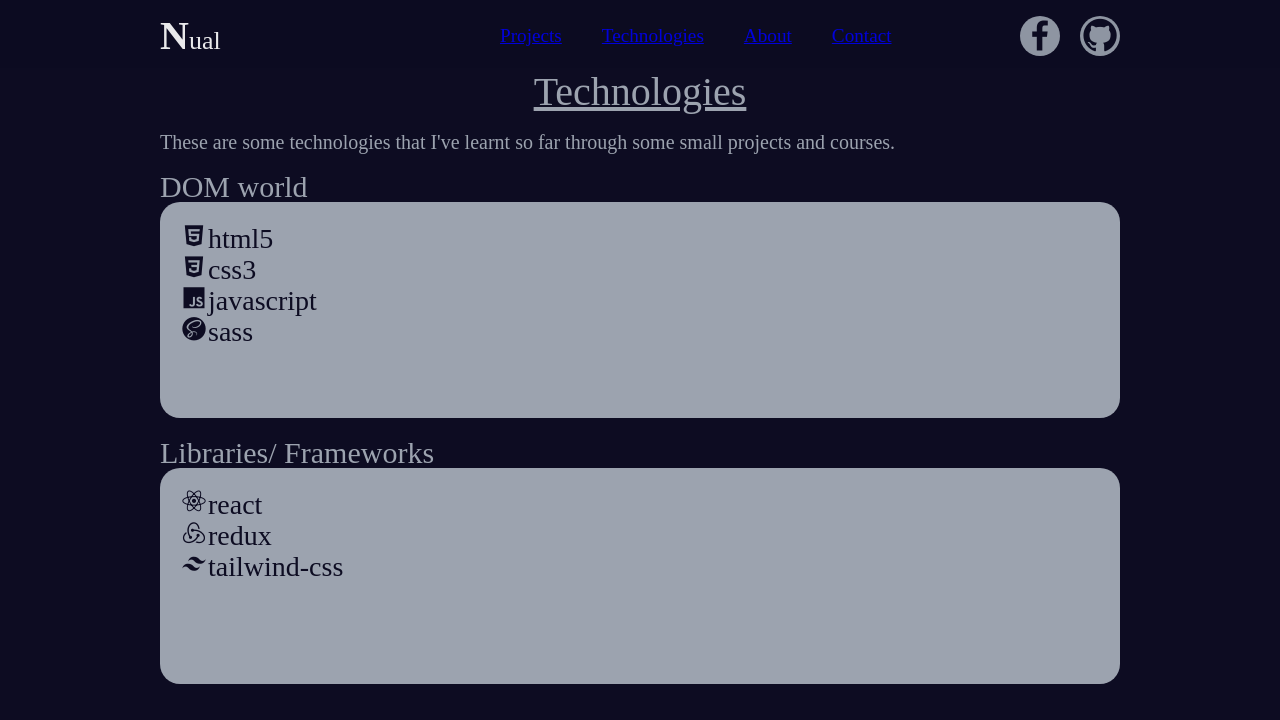
Repository: luanhoang0902/profile-react
Page: /Technologies
These files come from the project's save history. The page is drawn as it stood at one moment and after the next save; the edit follows.
The browser window is 1280 px wide. The pictures show the whole page.
The project was rebuilt for these pictures with package versions that can differ from the ones it lists, and the page was loaded fresh each time. Also part of the build but not shown: src/css/Projects.css, src/features/Projects.jsx, src/css/About.css, src/features/About.jsx, src/css/Contact.css, src/features/Contact.jsx.

Above is the page before, as saved 2022-05-22 12:36:30.

### public/index.html
<!DOCTYPE html>
<html lang="en">
  <head>
    <meta charset="utf-8" />
    <link rel="icon" href="%PUBLIC_URL%/favicon.ico" />
    <meta name="viewport" content="width=device-width, initial-scale=1" />
    <meta name="theme-color" content="#000000" />
    <meta
      name="description"
      content="Web site created using create-react-app"
    />
    <link rel="apple-touch-icon" href="%PUBLIC_URL%/logo192.png" />
    <!--
      manifest.json provides metadata used when your web app is installed on a
      user's mobile device or desktop. See https://developers.google.com/web/fundamentals/web-app-manifest/
    -->
    <link rel="manifest" href="%PUBLIC_URL%/manifest.json" />
    <!--
      Notice the use of %PUBLIC_URL% in the tags above.
      It will be replaced with the URL of the `public` folder during the build.
      Only files inside the `public` folder can be referenced from the HTML.

      Unlike "/favicon.ico" or "favicon.ico", "%PUBLIC_URL%/favicon.ico" will
      work correctly both with client-side routing and a non-root public URL.
      Learn how to configure a non-root public URL by running `npm run build`.
    -->
    <link rel="stylesheet"
    href="https://cdn.jsdelivr.net/npm/boxicons@latest/css/boxicons.min.css">
    <!-- or -->
    <link rel="stylesheet"
    href="https://unpkg.com/boxicons@latest/css/boxicons.min.css">
    <title>React App</title>
  </head>
  <body>
    <noscript>You need to enable JavaScript to run this app.</noscript>
    <div id="root"></div>
    <!--
      This HTML file is a template.
      If you open it directly in the browser, you will see an empty page.

      You can add webfonts, meta tags, or analytics to this file.
      The build step will place the bundled scripts into the <body> tag.

      To begin the development, run `npm start` or `yarn start`.
      To create a production bundle, use `npm run build` or `yarn build`.
    -->
  </body>
</html>

### src/App.js
import './App.css';
import Intro from './components/Intro';
import Header from './components/Header'
import { Route, Routes } from 'react-router-dom';
import Projects from './features/Projects';
import Technologies from './features/Technologies';
import About from './features/About';
import Contact from './features/Contact';

function App() {
  return (
    <div className="App" style = {{background: '#0d0c22', color: '#fff'}}>
      <Intro/>
      <Header/>
      <Routes>
        <Route path = '/Projects' element = {<Projects/>} exact />
        <Route path = '/Technologies' element = {<Technologies/>} exact />
        <Route path = '/About' element = {<About/>} exact />
        <Route path = '/Contact' element = {<Contact/>} exact />
      </Routes>
    </div>
  );
}

export default App;

### src/App.css
/* http://meyerweb.com/eric/tools/css/reset/
   v2.0 | 20110126
   License: none (public domain)
*/
* {
	box-sizing: border-box;
}

html, body, div, span, applet, object, iframe,
h1, h2, h3, h4, h5, h6, p, blockquote, pre,
a, abbr, acronym, address, big, cite, code,
del, dfn, em, img, ins, kbd, q, s, samp,
small, strike, strong, sub, sup, tt, var,
b, u, i, center,
dl, dt, dd, ol, ul, li,
fieldset, form, label, legend,
table, caption, tbody, tfoot, thead, tr, th, td,
article, aside, canvas, details, embed,
figure, figcaption, footer, header, hgroup,
menu, nav, output, ruby, section, summary,
time, mark, audio, video {
	margin: 0;
	padding: 0;
	border: 0;
	font-size: 100%;
	font: inherit;
	vertical-align: baseline;
}
/* HTML5 display-role reset for older browsers */
article, aside, details, figcaption, figure,
footer, header, hgroup, menu, nav, section {
	display: block;
}
body {
	line-height: 1;
}
ul {
	list-style: none;
}
blockquote, q {
	quotes: none;
}
blockquote:before, blockquote:after,
q:before, q:after {
	content: '';
	content: none;
}
table {
	border-collapse: collapse;
	border-spacing: 0;
}

### src/components/Intro.jsx
import React, { useEffect, useRef } from 'react';
import PropTypes from 'prop-types';

import "../css/Intro.css"

Intro.propTypes = {

};

function Intro(props) {

    const intro = useRef()

    useEffect(() => {
        console.log(intro.current)
        setTimeout(() => {
            intro.current.classList.add('up')
        },4000)
    },[])

    return (
        <div className="intro" ref = {intro}>
            <span className="text-1">
                <div></div>
            </span>
            <span className="text-2">P</span>
            <span className="text-3">E</span>
            <span className="text-4">N</span>
        </div>
    );
}

export default Intro;

### src/components/Header.jsx
import React, { useEffect, useRef } from "react";
import PropTypes from "prop-types";

import "../css/Header.css";
import { Link } from "react-router-dom";

Header.propTypes = {};

function Header(props) {
  const varHeader = useRef();

  useEffect(() => {
    window.addEventListener("scroll", (event) => {
      let scrollY = window.scrollY;
      scrollY > 180
        ? varHeader.current.classList.add("abc")
        : varHeader.current.classList.remove("abc");
    });
  }, []);

  return (
    <div className="header" ref={varHeader}>
      <div className="header__content">
        <div className="header__one">Nual</div>
        <div className="header__two">
          <div>
            <Link to="/Projects">Projects</Link>
          </div>
          <div>
            <Link to="/Technologies">Technologies</Link>
          </div>
          <div>
            <Link to="/About">About</Link>
          </div>
          <div>
            <Link to="/Contact">Contact</Link>
          </div>
        </div>
        <div className="header__three">
          <a href="https://www.facebook.com/profile.php?id=100029577947626">
            <i class="bx bxl-facebook"></i>
          </a>
          <a href = 'https://github.com/luanhoang0902 '>
            <i class="bx bxl-github"></i>
          </a>
        </div>
      </div>
    </div>
  );
}

export default Header;

### src/features/Technologies.jsx
import React from 'react';
import PropTypes from 'prop-types';

import "../css/Technologies.css"

Technologies.propTypes = {

};
const doms = ["html5", "css3", "javascript", "sass"]
const libraries = ['react','redux','tailwind-css']
function Technologies(props) {
    return (
        <div className = 'technologies'>
            <u>Technologies</u>
            <div className = 'technologies__content'>
                <span >
                These are some technologies that I've learnt
                so far through some small projects and courses.
                </span>
                <div className = 'technologies__content-1'>DOM world
                    <div className = 'technologies__content-item1'>
                    <ul>
                        {doms.map((dom) => (
                            <li><i class={`bx bxl-${dom}`}>{dom}</i></li>
                        ))}
                    </ul>
                    </div>
                </div>
                <div className = 'technologies__content-2'>Libraries/ Frameworks
                    <div className = 'technologies__content-item2'>
                    <ul>
                        {libraries.map((librarie) => (
                            <li><i class={`bx bxl-${librarie}`}>{librarie}</i></li>
                        ))}
                    </ul>
                    </div>
                </div>
            </div>
        </div>
    );
}

export default Technologies;

### src/css/Intro.css
@import url(./variable.css);

.intro {
    position: fixed;

    height: 100vh;
    width: 100vw;
    background-color: var(--black);

    color: var(--white);
    text-align: center;
    line-height: 100vh;

    font-size: 60px;
    font-weight: 600;
    transition: all 2s ease-out;
    z-index: 100;
}
.up {
    transform: translateY(-100%);
    opacity: 0;
}
.intro  span {
    display: inline-block;
}
.text-1 {
    display: inline-block;

    height: 50px;
    width: 50px;
    background-color: white;

    border: 5px solid var(--white);
    border-radius: 50%;

    animation: up 2s  infinite linear;
}
.text-2 {
    animation: up 2s  infinite linear 0.25s;
}
.text-3 {
    animation: up 2s  infinite linear 0.5s;
}
.text-4 {
    animation: up 2s  infinite linear 0.75s;
}
.text-1 div {
    height: 30px;
    width: 30px;
    background-color: white;

    border: 10px solid var(--black);
    border-right: transparent solid 10px;
    border-radius: 50%;

    animation: xoay 5s  infinite linear;
}
/* .in {
    height: 20px;
    width: 20px;
    background-color: white;

    border-right: 10px solid var(--black);
    border-radius: 50%;
} */

@keyframes xoay {
    from {
        transform: rotate(0);
    }
    to{
        transform: rotate(360deg);
    }
}

@keyframes up {
    0% {
        transform: translateY(0px);
    }
    50% {
        transform: translateY(-20px);
    }
    100% {
        transform: translateY(0px);
    }
}

@keyframes non1 {
    to{
        transform: translateY(-100%);
    }
}

### src/css/Header.css
@import url(./variable.css);

.header {
    position: fixed;

    height: 10vh;
    width: 100vw;

}
.abc {
    background-color: var(--black)
}
.header__content {
    display: flex;

    height: 100%;
    width: 75vw;

    margin: 0 auto;
}
.header__content div {
    height: 100%;
    width: 25vw;

    line-height: 10vh;
}
.header__one {
    font-size: 26px;
}
.header__one::first-letter {
    font-size: 40px;
    font-weight: 600;
}
.header__two {
    display: flex;
}
.header__two div {
    color: var(--gray);
    font-size: 1.2rem;

    transition: all 0.5s ease;
    margin: 0 20px;
}
.header__two div:hover {
    color: var(--white);
    transform: scale(1.2);
    cursor: pointer;
}
.header__three div:hover {
    background-color: var(--white);
    transform: scale(1.2);
    cursor: pointer;
}
.header__three {
    display: flex;
    align-items: center;
    justify-content: flex-end;
}
.header__three a {
    height: 40px;
    width: 40px;
    background-color: var(--gray);

    border-radius: 50%;
    margin-left: 20px ;

    color: var(--black);
    font-size: 40px;
    text-align: center;
    line-height:40px;

}

### src/css/Technologies.css
.technologies {
    height: 100vh;
    width: 75vw;


    margin: 0 auto;
    padding-top: 10vh;

    text-align: center;
    font-size: 20px;

    color: var(--gray)
}
.technologies u {
    font-size: 40px;
}
.technologies__content {
    width: 75vw;

    margin-top: 20px;

    text-align: left;
}
.technologies__content-1,
.technologies__content-2 {
    margin-top: 20px;
    font-size: 30px;
}
.technologies__content-item1,
.technologies__content-item2 {
    height: 30vh;
    width: 75vw;

    background-color: var(--gray);

    padding: 20px;

    color: var(--black);

    border-radius: 20px;
}
.technologies__content-item1 li,
.technologies__content-item2 li {
    font-size: 28px;
}

### src/css/variable.css
:root {
    --black: #0d0c22;
    --white: white;
    --gray: #9ca3af;
}

Loaded but not shown: src/index.js (common file)

After the next save:
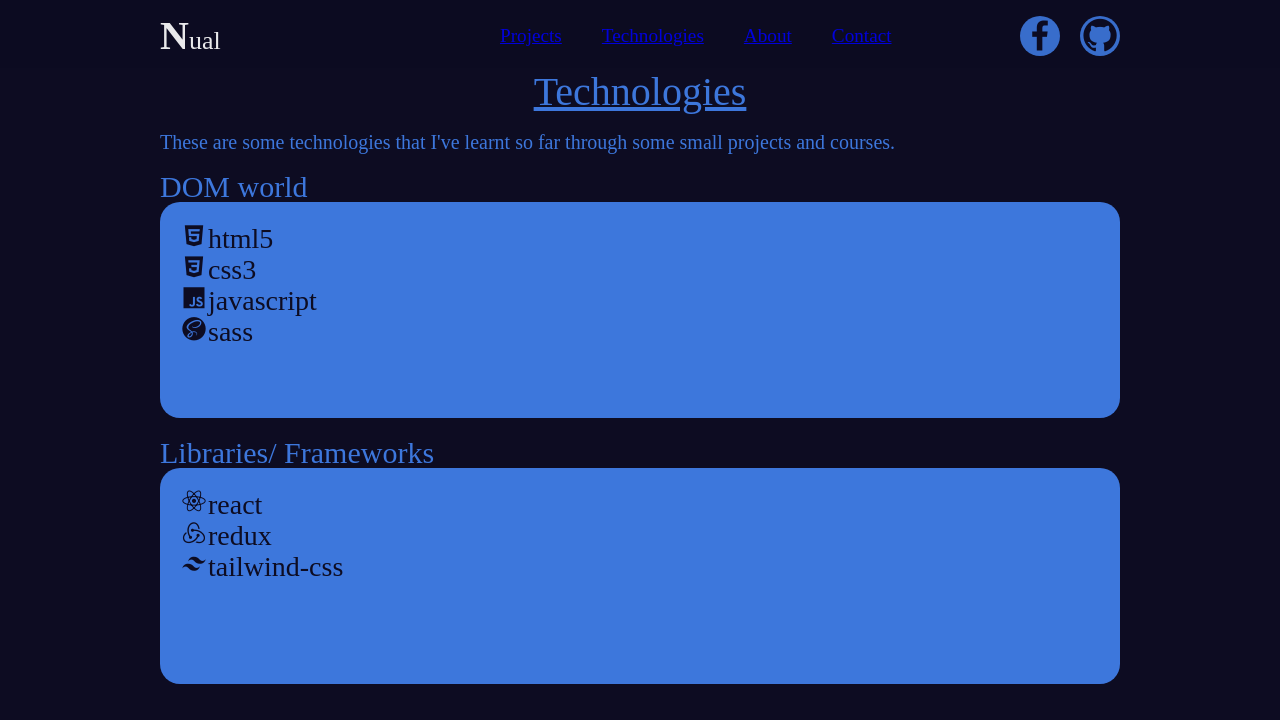
Saved 44 s later.
--- a/src/css/variable.css
+++ b/src/css/variable.css
@@ -1,5 +1,5 @@
 :root {
     --black: #0d0c22;
     --white: white;
-    --gray: #9ca3af;
+    --gray: #3d77dc;
 }

After the save that followed:
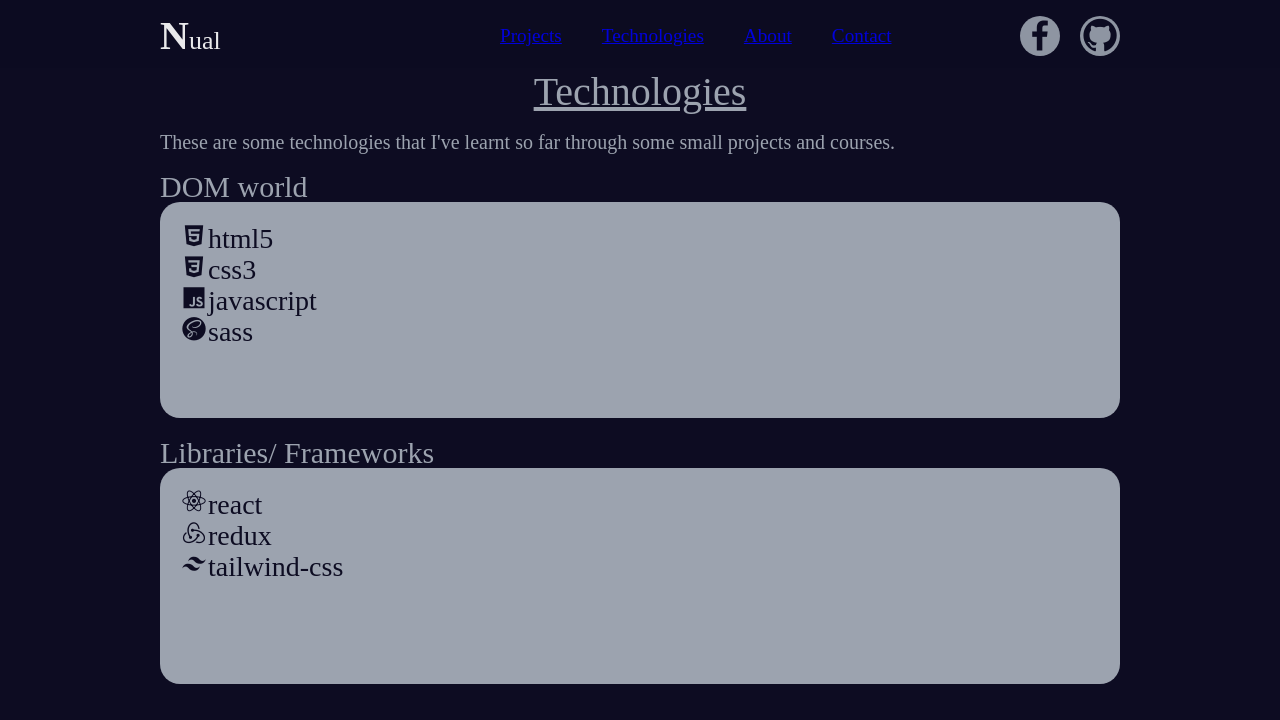
Saved 5 s later.
--- a/src/css/variable.css
+++ b/src/css/variable.css
@@ -1,5 +1,5 @@
 :root {
     --black: #0d0c22;
     --white: white;
-    --gray: #3d77dc;
+    --gray: #9ca3af;
 }
